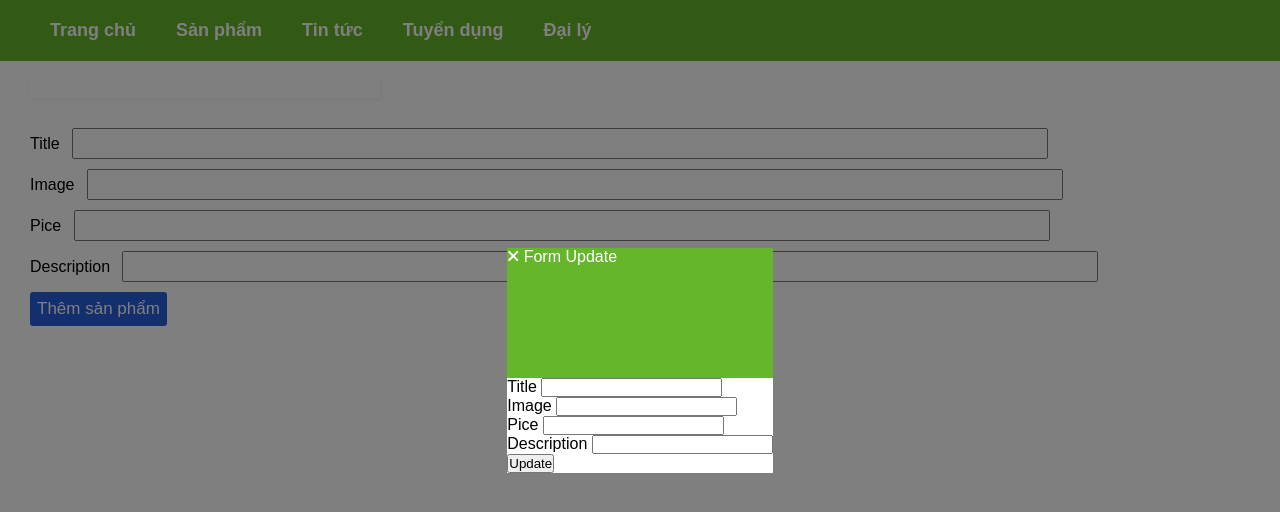
Repository: Ngoc28/CURD_HTML-CSS_JS_JSON
Page: index.html
The author's editor kept a copy of each file at every save. The page is drawn from the files as they stood at one save, then again after the next save.
The browser window is 1280 px wide. The pictures show the whole page.
The page's requests for data from a server got no answer.

Above is the page before, as saved 2023-04-11 09:38:44.

### index.html
<!DOCTYPE html>
<html lang="en">
<head>
    <meta charset="UTF-8">
    <meta http-equiv="X-UA-Compatible" content="IE=edge">
    <meta name="viewport" content="width=device-width, initial-scale=1.0">
    <title>CURD Cơ bản</title>
    <link rel="stylesheet" href="https://cdnjs.cloudflare.com/ajax/libs/font-awesome/6.4.0/css/all.min.css" integrity="sha512-iecdLmaskl7CVkqkXNQ/ZH/XLlvWZOJyj7Yy7tcenmpD1ypASozpmT/E0iPtmFIB46ZmdtAc9eNBvH0H/ZpiBw==" crossorigin="anonymous" referrerpolicy="no-referrer" />
    <link rel="stylesheet" href="./asset/css/style.css">
</head>
<body>
    <header class="header-menu">
        <ul class="list-menu">
            <li class="item-menu"><a href="">Trang chủ</a></li>
            <li class="item-menu"><a href="">Sản phẩm</a></li>
            <li class="item-menu"><a href="">Tin tức</a></li>
            <li class="item-menu"><a href="">Tuyển dụng</a></li>
            <li class="item-menu"><a href="">Đại lý</a></li>
        </ul>
    </header>
    <div class="main">
        <div class="title-product">
            <h2 class="title">Sản phẩm của chúng tôi</h2>
        </div>
        <div class="products">
            <div class="product">
                <!-- <h3 class="product-name">Coca-Cola</h3>
                <img src="https://cdn.tgdd.vn/Products/Images/2947/190310/bhx/sua-trai-cay-nutriboost-huong-cam-297ml-202202122134380628.jpg" alt="" class="product-img">
                <spam class="product-price">18.000</spam>
                <span class="product-description">Nutriboost là thức uống dinh dưỡng kết hợp sữa và nước trái cây thơm ngon, giúp bạn luôn tràn năng lượng cho một ngày làm việc hiệu quả.</span> -->
            </div>
        </div>
    </div>
    <div class="form">
        <div class="form-1">
            <label for="">Title</label>
            <input type="text" name="title">
        </div>
        <div class="form-1">
            <label for="">Image</label>
            <input type="text" name="image">
        </div>
        <div class="form-1">
            <label for="">Pice</label>
            <input type="text" name="price">
        </div>
        <div class="form-1">
            <label for="">Description</label>
            <input type="text" name="description">
        </div>
        <button type="submit" id="create">Thêm sản phẩm</button>
    </div>

    <!-- formUpdate -->
    <div class="formUpdate">
        <div class="modal">
            <header>
                <i class="fa-solid fa-xmark"></i>
                Form Update
            </header>
            <div class="form-2">
                <label for="">Title</label>
                <input type="text" name="title">
            </div>
            <div class="form-2">
                <label for="">Image</label>
                <input type="text" name="image">
            </div>
            <div class="form-2">
                <label for="">Pice</label>
                <input type="text" name="price">
            </div>
            <div class="form-2">
                <label for="">Description</label>
                <input type="text" name="description">
            </div>
            <button type="submit" id="update">Update</button>
        </div>
    </div>
    <script src="/script.js"></script>
</body>
</html>

### asset/css/style.css
*{
    padding: 0;
    margin: 0;
    box-sizing: border-box;
}

body {
    font-family: Arial, Helvetica, sans-serif;
}

.header-menu {
    position: fixed;
    top: 0;
    left: 0;
    right: 0;
    background-color: #66b62b;
    font-size: 18px;
    font-weight: 600;
}

.list-menu {
    display: flex;
    margin: 0 30px;
}

.item-menu {
    list-style: none;
}

.item-menu a {
    padding: 20px;
    display: block;
    text-decoration: none;
    color: #fff;
}

.item-menu a:hover {
    background-color: #ffd400;
    display: block;
}

/* Product */
.main {
    margin: 30px 30px 10px 30px;
}

.title-product {
    margin-bottom: 20px;
}


.title-product .title {
    text-align: center;
    color: #d72b27;
}

.products {
    display: flex;
    justify-content: space-between;
    flex-wrap: wrap;
}

.product {
    width: 350px;
    cursor: pointer;
    box-shadow: 1px 1px 5px   rgba(0, 0, 0, 0.09);
    margin-bottom: 20px;
    padding: 10px;
}


.product h3:hover {
    color: #d72b27;
}


.product-name {
    text-align: center;
}

.product-img {
    width: 100%;
    object-fit: cover;
}


.product .product-price:hover {
    color: #66b62b;
}

.product-price {
    color: #d72b27;
    margin: 10px 10px 6px;
    display: flex;
    justify-content: center;
    font-weight: 600;
}

.product-description {
    font-size: 15px;
    font-weight: 400;
    line-height: 20px;
    height: 40px;
    margin: 10px 10px 6px;
    overflow: hidden;
    display: block;
    display: -webkit-box;
    -webkit-box-orient: vertical;
    -webkit-line-clamp: 2;
}


.btn {
    display: flex;
    justify-content: center;
}


.delete-btn{
    margin-right: 10px;
}

.update-btn,
.delete-btn {
    padding: 8px;
    background-color: #66b62b;
    color: #fff;
    font-size: 15px;
    border: none;
    border-radius: 3px;
}

.update-btn:hover,
.delete-btn:hover {
    background-color: #336013;
}

/* Form */
.form {
    margin: 0 30px;

}

.form-1{
    margin-bottom: 10px;
}

.form-1 label {
    font-size: 16px;
    margin-right: 8px;
    width: 90px;
}

.form-1 input {
    padding: 5px;
    font-size: 15px;
    width: 80%;
}

.form button {
    padding: 7px;
    background-color: #295fdd;
    color: #fff;
    font-size: 17px;
    border: none;
    border-radius: 3px;
}

.form button:hover {
    background-color: #172e62;
}

/* FormUpdate */

.formUpdate {
    position:fixed;
    top: 0;
    right: 0;
    bottom: 0;
    left: 0;
    background-color: rgba(0, 0, 0, 0.5);
    display: flex;
    align-items: center;
    justify-content: center;
}

.modal {
    background-color: #fff;
}

.modal header {
    background-color: #66b62b;
    color: #fff;
    height: 130px;
}

### script.js
let productsApi = 'http://localhost:3000/products';

function start() {
    getProducts(renderProducts);

    handleCreateForm()
}

start();

//lay ra san pham

function getProducts(callback) {

    fetch(productsApi)
    .then(function(response) {
        return response.json();
    })
    .then(callback);
}

function createProduct(data, callback) {
    var options = {
        method: 'POST',
        body: JSON.stringify(data),
        headers: {
            "Content-Type": "application/json",
            // 'Content-Type': 'application/x-www-form-urlencoded',
          }
    };
    fetch(productsApi, options)
        .then(function(response) {
            response.json();
        })
        .then(callback);

}

function handleDeleteProduct(id) {
    var options = {
        method: 'DELETE',
        headers: {
            "Content-Type": "application/json",
            // 'Content-Type': 'application/x-www-form-urlencoded',
          }
    };
    fetch(productsApi + '/' + id, options)
        .then(function(response) {
            response.json();
        })
        .then(function() {
           var productItem = document.querySelector('.product-item-' + id);
           if(productItem) {
            productItem.remove();
           }
        });
}


//show du lieu ra man hinh
function renderProducts(products) {
    var listProducts = document.querySelector('.products');

    var htmls = products.map(function(product) {
        return `
        <div class="product product-item-${product.id}">
            <h3 class="product-name">${product.title}</h3>
            <img src="${product.image}" class="product-img">
            <spam class="product-price">${product.price}đ</spam>
            <span class="product-description">${product.description}</span>
            <div class="btn">
                <button onclick="handleDeleteProduct(${product.id})" class="delete-btn">Delete</button>
                <button onclick="UpdateProduct()" class="update-btn">Update</button>
            </div>
        </div>`

    })

    listProducts.innerHTML = htmls.join('');
}

function handleCreateForm() {
    var createBtn = document.querySelector('#create');

    createBtn.onclick = function() {
        var title = document.querySelector('input[name="title"]').value;
        var image = document.querySelector('input[name="image"]').value;
        var price = document.querySelector('input[name="price"]').value;
        var description = document.querySelector('input[name="description"]').value;

        var formData = {
            title: title,
            image: image,
            price: price,
            description: description
        }

        createProduct(formData, function() {
            getProducts(renderProducts);
        });

    }
}

After the next save:
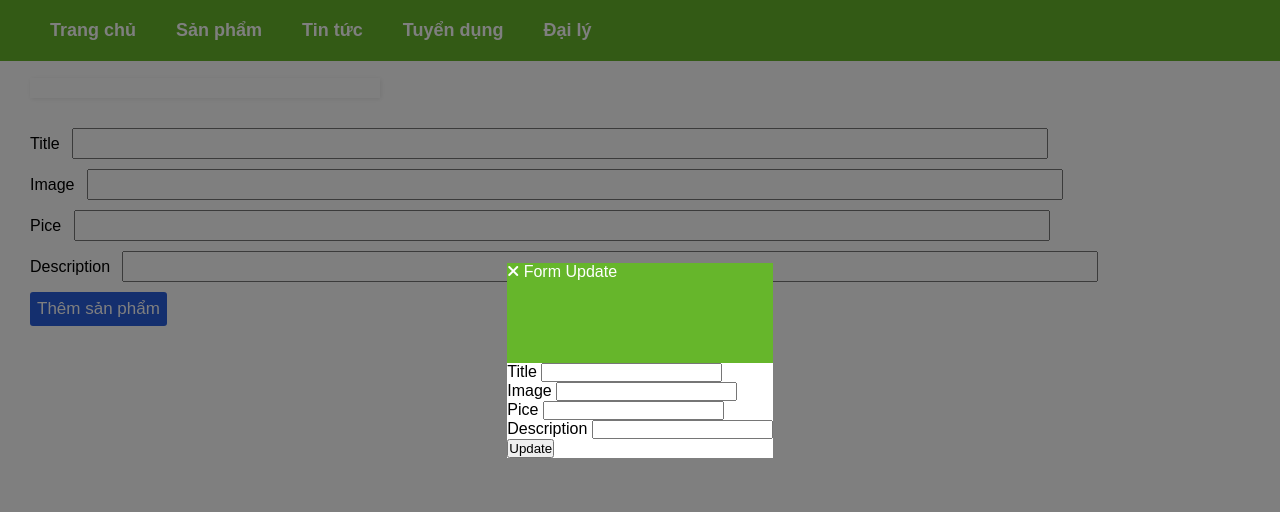
Saved 14 s later.
--- a/asset/css/style.css
+++ b/asset/css/style.css
@@ -191,5 +191,5 @@ body {
 .modal header {
     background-color: #66b62b;
     color: #fff;
-    height: 130px;
+    height: 100px;
 }
